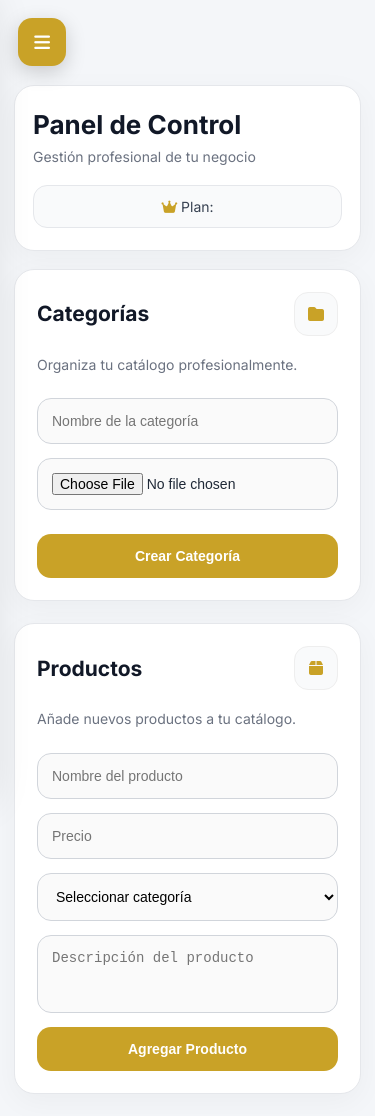
Repository: BrianCarringtom/menuqr
Page: resources/views/business/producto.blade.php
These files come from the project's save history. The page is drawn as it stood at one moment and after the next save; the edit follows.
The browser window is 375 px wide. The pictures show the whole page.
The page is served by the project's Laravel application, run on PHP 8.4 with Laravel 12. A made-up administrator, Test User (test@example.com), is signed in. The template is opened directly, without the code that normally fills it, so the values that code supplies are empty.

Above is the page before, as saved 2026-06-04 11:58:11.

After the next save:
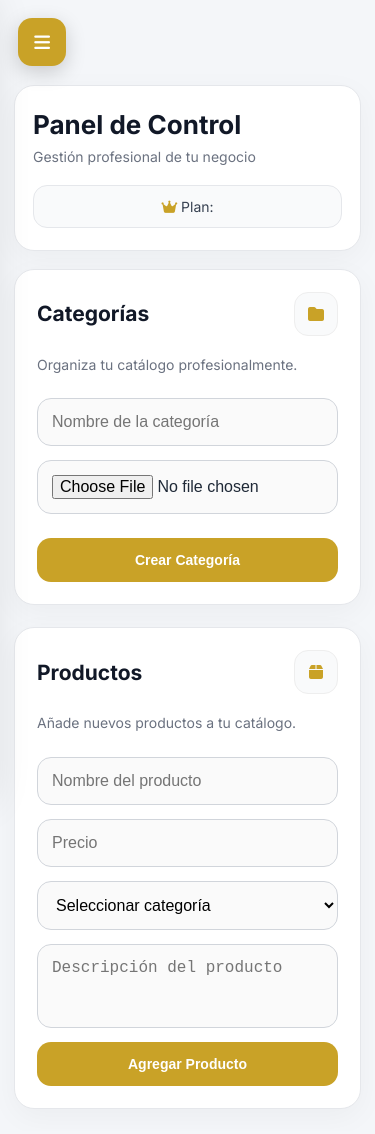
Saved 2 min 45 s later.
--- a/resources/views/business/producto.blade.php
+++ b/resources/views/business/producto.blade.php
@@ -438,7 +438,8 @@
             input,
             select,
             textarea {
-                font-size: 14px;
+                font-size: 16px;
+                /* Evita el zoom automático en móviles */
                 padding: 14px;
             }
 
